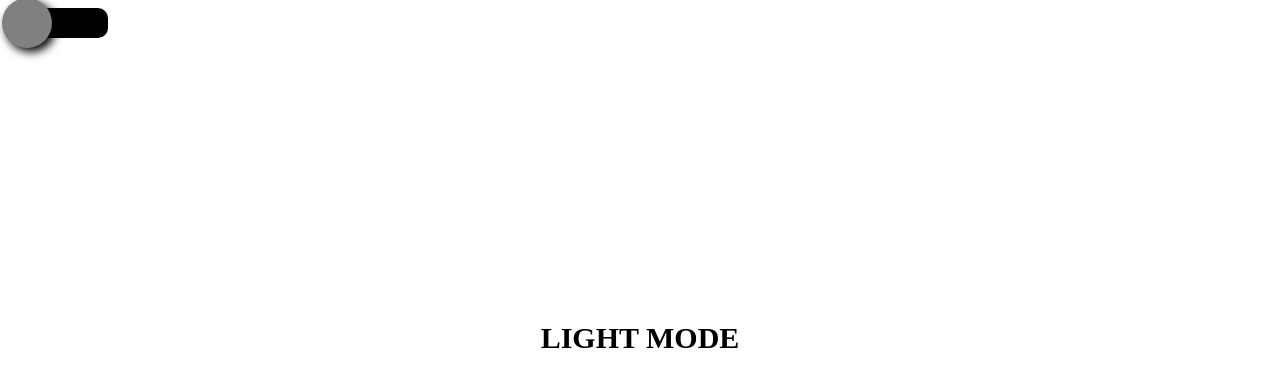
Repository: Eugene44-hub/darkmode-lightmode
Page: index.html
An editor plug-in stored every save of this project. The page is shown before and after a run of saves, followed by the edit.
The browser window is 1280 px wide. The pictures show the whole page.

Above is the page before, as saved 2021-09-13 01:56:25.

After the next 3 saves:
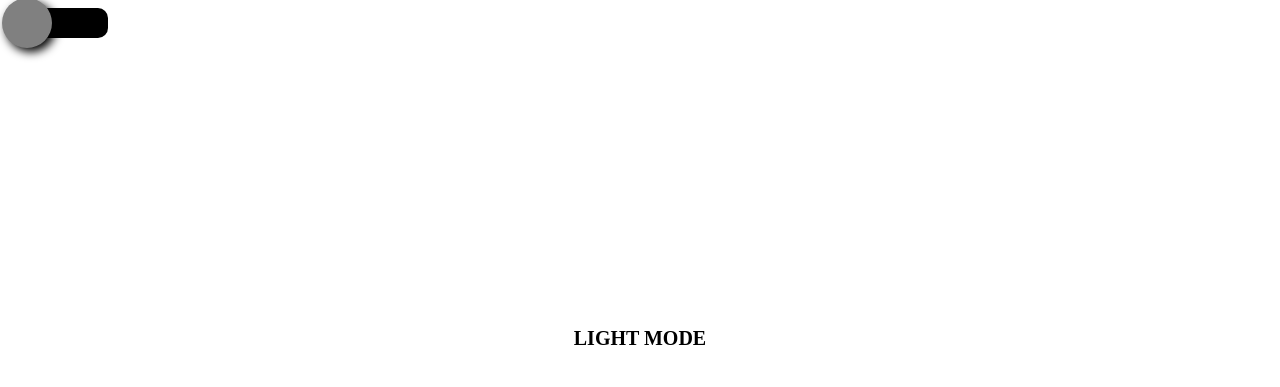
The 3 saves are shown as one change because they came seconds apart.
The last was saved 3 min 38 s later.
--- a/style.css
+++ b/style.css
@@ -9,6 +9,7 @@ p {
     font-weight: bold;
     text-transform: uppercase;
     text-align: center;
+    font-size: 20px;
 }
 
 .box {
